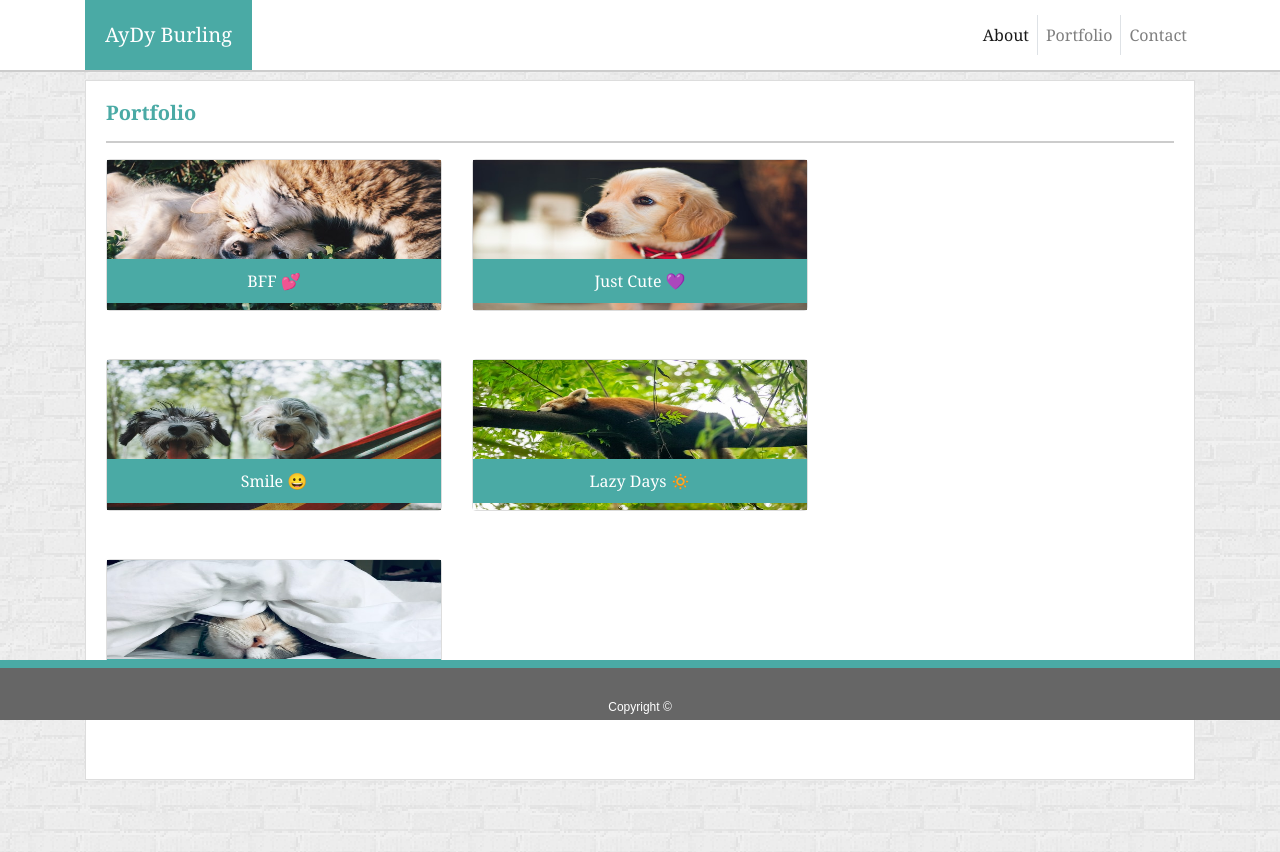
Repository: Dee1985/AyDy-Burling-prework
Page: Module-1_Assessment/portfolio.html
An editor plug-in stored every save of this project. The page is shown before and after the next save, followed by the edit.
The browser window is 1280 px wide. The pictures show the whole page.

Above is the page before, as saved 2020-05-22 23:36:33.

### Module-1_Assessment/portfolio.html
<!DOCTYPE html>
<html lang="en">
  <head>
    <meta charset="UTF-8" />
    <meta name="viewport" content="width=device-width, initial-scale=1.0" />
    <meta http-equiv="X-UA-Compatible" content="ie=edge" />
    <title>Portfolio</title>
    <link rel="stylesheet" href="assets/css/reset.css" />
    <link
      rel="stylesheet"
      href="https://stackpath.bootstrapcdn.com/bootstrap/4.3.1/css/bootstrap.min.css"
      integrity="sha384-ggOyR0iXCbMQv3Xipma34MD+dH/1fQ784/j6cY/iJTQUOhcWr7x9JvoRxT2MZw1T"
      crossorigin="anonymous"
    />
    <link rel="stylesheet" href="assets/css/style.css" />
  </head>
  <body>
    <nav class="navbar navbar-light navbar-expand-lg p-0 card-gallery ">
      <div class="container">
        <a href="# "class="navbar-brand text-white"
          >AyDy Burling</a>
          <button
              class="navbar-toggler"
              type="button"
              data-toggle="collapse"
              data-target="#navbarTogglerDemo02"
              aria-controls="navbarTogglerDemo02"
              aria-expanded="false"
              aria-label="Toggle navigation"
            >
              <span class="navbar-toggler-icon"></span>
            </button>
            <div class="collapse navbar-collapse" id="navbarTogglerDemo02">
              <ul class="navbar-nav ml-auto mt-2 mt-lg-0">
                <li class="nav-item active">
                  <a class="nav-link border-right" href="index.html">About</a>
                </li>
                <li class="nav-item">
                  <a class="nav-link border-right" href="#">Portfolio</a>
                </li>
                <li class="nav-item">
                  <a class="nav-link" href="contact.html" tabindex="-1">Contact</a>
                </li>
              </ul>
            </div>
          </nav>

    <section class="card-gallery">
      <div class="container">
        <div class="row">
          <div class="col mb-4 mt-2">
            <div class="card rounded-0 mb-5">
              <div class="card-body">
              <h5 class="card-title">Portfolio</h5>
              <hr />
              <!-- start of cards -->
            <div class="row justify-content-start">
              <!-- first card -->
                <div class="col-4 mb-5">
                            <div class="card text-white">
                                <img src="assets/img/krista-mangulsone-9gz3wfHr65U-unsplash.jpg"  height="150px" alt="cat and dog cuddles">
                                <div class="card-heading text-center">
                                    BFF 💕
                                </div>
                            </div>
                        </div>
               <!-- second card -->
                <div class="col-4 mb-5">
                            <div class="card text-white">
                                <img src="assets/img/berkay-gumustekin-ngqyo2AYYnE-unsplash.jpg"  height="150px" alt="puppy pic">
                                <div class="card-heading text-center">
                                    Just Cute 💜
                                </div>
                            </div>
                  </div>
            </div>
               <!-- third card -->
            <div class="row">
              <div class="col-4 mb-5">
                            <div class="card text-white">
                                <img src="assets/img/alvan-nee-FHl79chXS6s-unsplash.jpg" width="100%" height="150px" alt="two dogs smiling">
                                <div class="card-heading text-center">
                                    Smile 😀
                                </div>
                            </div>
                        </div>
               <!-- fourth card -->
                   <div class="col-4 mb-5">
                            <div class="card text-white">
                                <img src="assets/img/chris-curry-GYpsSWHslHA-unsplash.jpg"  height="150px" alt="animal sleeping on branch">
                                <div class="card-heading text-center">
                                    Lazy Days 🔅
                                </div>
                            </div>
                        </div>
                        </div>
               <!-- fifth card -->
               <div class="row justify-content-start">
                   <div class="col-4 mb-5">
                            <div class="card text-white">
                                <img src="assets/img/kate-stone-matheson-uy5t-CJuIK4-unsplash.jpg" height="150px" alt="cat under a blanket">
                                <div class="card-heading text-center">
                                    Sweet Dreams 💤
                                </div>
                            </div>
                        </div>
                        </div>

            </div>
              </div>
            </div>
          </div>
        </div>
      </div>
    </section>
    <footer>
      <div class="fixed text-center text-white"> Copyright &copy;</div>
    </footer>

    <script
      src="https://code.jquery.com/jquery-3.3.1.slim.min.js"
      integrity="sha384-q8i/X+965DzO0rT7abK41JStQIAqVgRVzpbzo5smXKp4YfRvH+8abtTE1Pi6jizo"
      crossorigin="anonymous"
    ></script>
    <script
      src="https://cdnjs.cloudflare.com/ajax/libs/popper.js/1.14.7/umd/popper.min.js"
      integrity="sha384-UO2eT0CpHqdSJQ6hJty5KVphtPhzWj9WO1clHTMGa3JDZwrnQq4sF86dIHNDz0W1"
      crossorigin="anonymous"
    ></script>
    <script
      src="https://stackpath.bootstrapcdn.com/bootstrap/4.3.1/js/bootstrap.min.js"
      integrity="sha384-JjSmVgyd0p3pXB1rRibZUAYoIIy6OrQ6VrjIEaFf/nJGzIxFDsf4x0xIM+B07jRM"
      crossorigin="anonymous"
    ></script>
  </body>
</html>

### Module-1_Assessment/assets/css/style.css
* {
	box-sizing: border-box;
	margin: 0;
	padding: 0;
}

section {
	/* https://www.toptal.com/designers/subtlepatterns/?s=brick */
	background-image: url('../img/brickwall_@2X.png');
	background-position: center;
}

nav {
	font-family: Cambria, Cochin, Georgia, Times, 'Times New Roman', serif;
}

.btn {
	background-color: #4aaaa5;
	border-color: #4aaaa5;
}
.navbar {
	border-bottom: 2px solid #cccccc;
}
a.navbar-brand {
	background-color: #4aaaa5;
	padding: 20px;
	margin: 0;
}
hr {
	border-top: 2px solid;
	border-color: #cccccc;
}
div.col-4.mb-4 {
	width: 20%;
}
.card {
	font-family: Arial, Helvetica, sans-serif;
	border-color: #dddddd;
}
.card-title {
	font-size: 20px;
	color: #4aaaa5;
	font-family: Cambria, Cochin, Georgia, Times, 'Times New Roman', serif;
	font-weight: bold;
}
.card-heading {
	background-color: #4aaaa5;
	font-size: 16px;
	font-family: Cambria, Cochin, Georgia, Times, 'Times New Roman', serif;
	position: absolute;
	bottom: 5%;
	width: 100%;
	padding-top: 10px;
	padding-bottom: 10px;
}

footer {
	position: fixed;
	left: 0;
	bottom: 0;
	width: 100%;
	border-top: 8px solid #4aaaa5;
	background-color: #666666;
	color: #ffffff;
	font-family: Arial, 'Helvetica Neue', Helvetica, sans-serif;
	font-size: 12px;
	height: 60px;
	padding-top: 30px;
}

Loaded but not shown: Module-1_Assessment/assets/css/reset.css (common file)

After the next save:
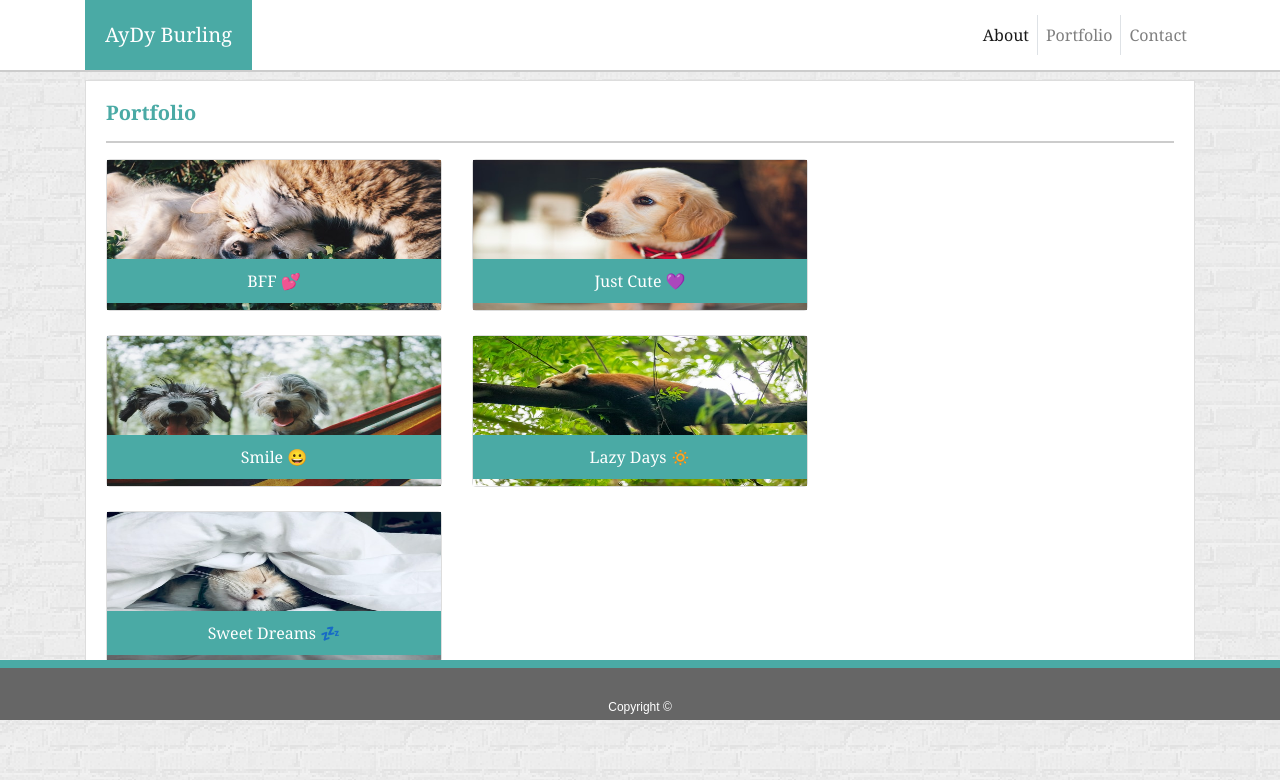
Saved 47 s later.
--- a/Module-1_Assessment/portfolio.html
+++ b/Module-1_Assessment/portfolio.html
@@ -56,7 +56,7 @@
               <!-- start of cards -->
             <div class="row justify-content-start">
               <!-- first card -->
-                <div class="col-4 mb-5">
+                <div class="col-4 mb-4">
                             <div class="card text-white">
                                 <img src="assets/img/krista-mangulsone-9gz3wfHr65U-unsplash.jpg"  height="150px" alt="cat and dog cuddles">
                                 <div class="card-heading text-center">
@@ -65,7 +65,7 @@
                             </div>
                         </div>
                <!-- second card -->
-                <div class="col-4 mb-5">
+                <div class="col-4 mb-4">
                             <div class="card text-white">
                                 <img src="assets/img/berkay-gumustekin-ngqyo2AYYnE-unsplash.jpg"  height="150px" alt="puppy pic">
                                 <div class="card-heading text-center">
@@ -76,7 +76,7 @@
             </div>
                <!-- third card -->
             <div class="row">
-              <div class="col-4 mb-5">
+              <div class="col-4 mb-4">
                             <div class="card text-white">
                                 <img src="assets/img/alvan-nee-FHl79chXS6s-unsplash.jpg" width="100%" height="150px" alt="two dogs smiling">
                                 <div class="card-heading text-center">
@@ -85,7 +85,7 @@
                             </div>
                         </div>
                <!-- fourth card -->
-                   <div class="col-4 mb-5">
+                   <div class="col-4 mb-4">
                             <div class="card text-white">
                                 <img src="assets/img/chris-curry-GYpsSWHslHA-unsplash.jpg"  height="150px" alt="animal sleeping on branch">
                                 <div class="card-heading text-center">
@@ -96,7 +96,7 @@
                         </div>
                <!-- fifth card -->
                <div class="row justify-content-start">
-                   <div class="col-4 mb-5">
+                   <div class="col-4 mb-4">
                             <div class="card text-white">
                                 <img src="assets/img/kate-stone-matheson-uy5t-CJuIK4-unsplash.jpg" height="150px" alt="cat under a blanket">
                                 <div class="card-heading text-center">
